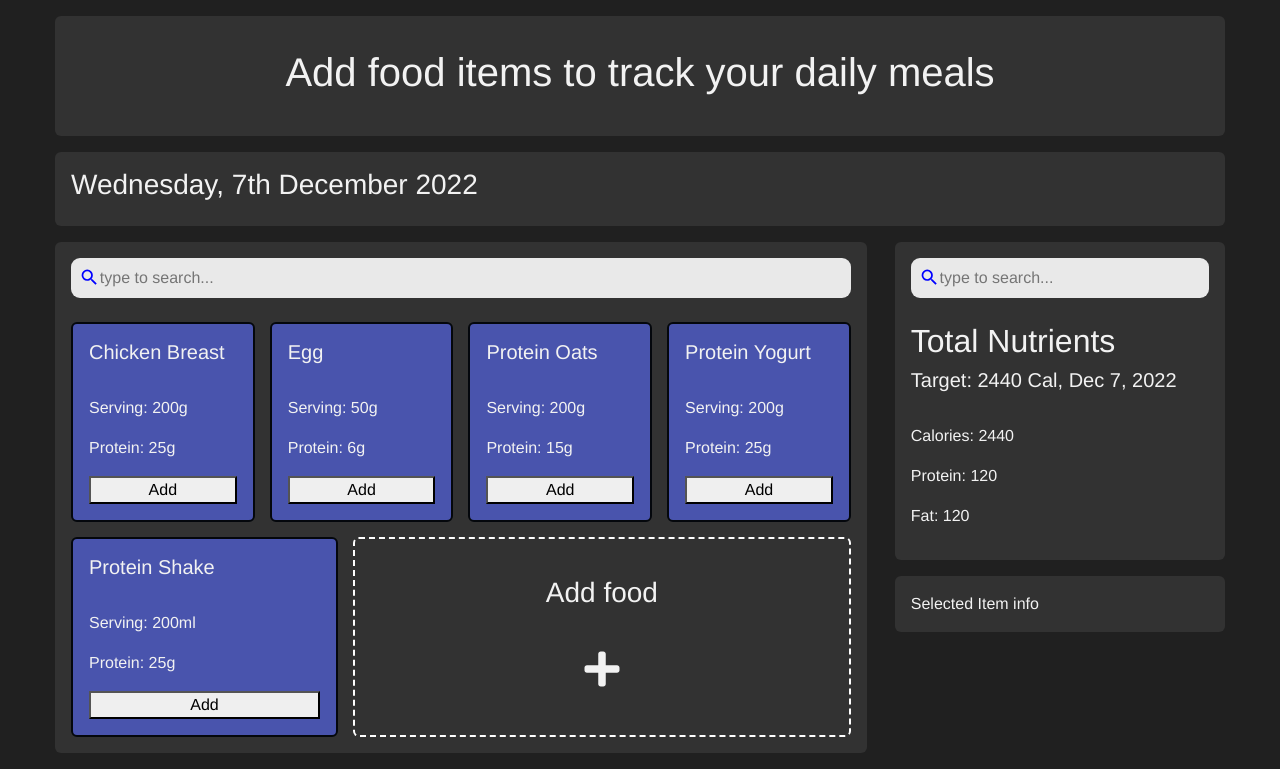
Repository: CEEPREL/NutritionTracker
Page: /
These files come from the project's save history. The page is drawn as it stood at one moment and after a run of saves; the edit follows.
The browser window is 1280 px wide. The pictures show the whole page.
The project was rebuilt for these pictures with package versions that can differ from the ones it lists, and the page was loaded fresh each time. Also part of the build but not shown: vite.config.js.

Above is the page before, as saved 2022-12-08 19:09:18.

After the next 2 saves:
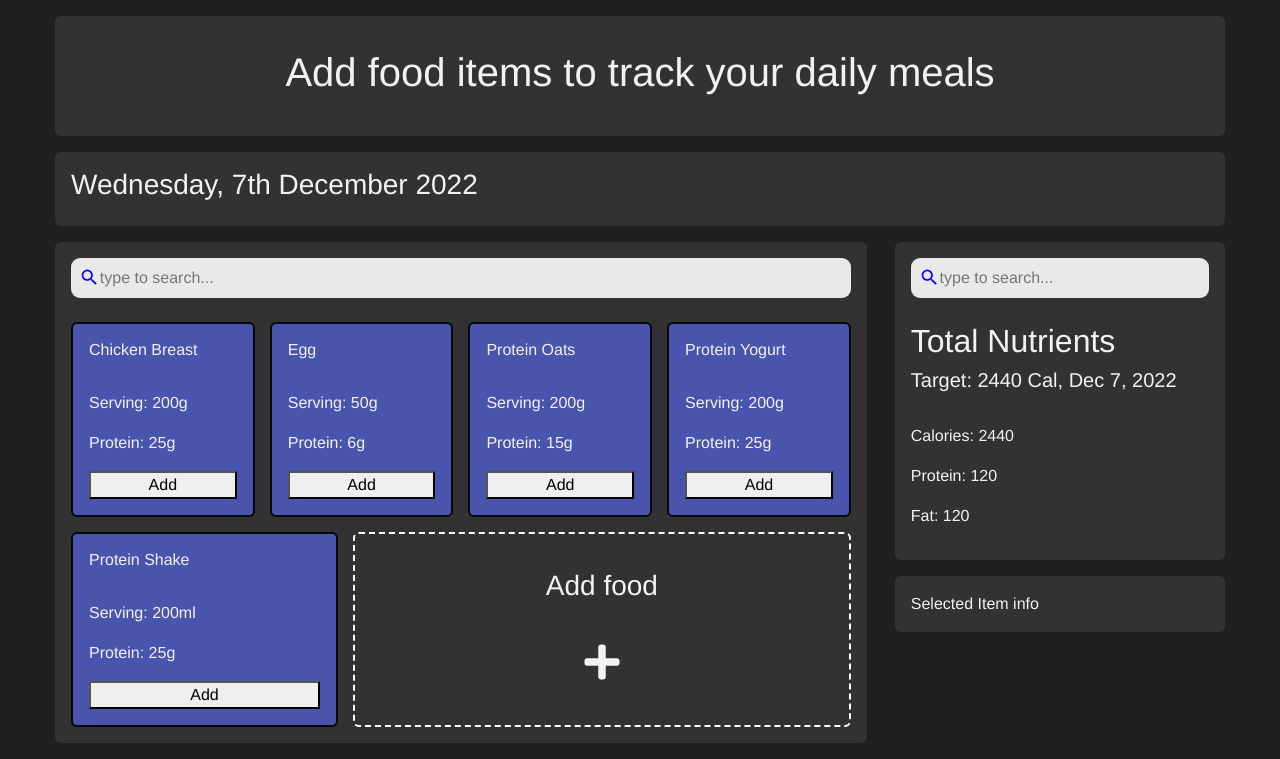
The 2 saves are shown as one change because they came seconds apart.
The last was saved 11 s later.
--- a/src/components/Food.js
+++ b/src/components/Food.js
@@ -4,7 +4,7 @@ const Food = ({ id, name, size, protein, image }) => {
     return (
         <div className="food-card">
 
-            <h5>{name}</h5>
+            <h6>{name}</h6>
             <br></br>
             {/* <img className="small" src={image} alt={name}></img> */}
             <div>
